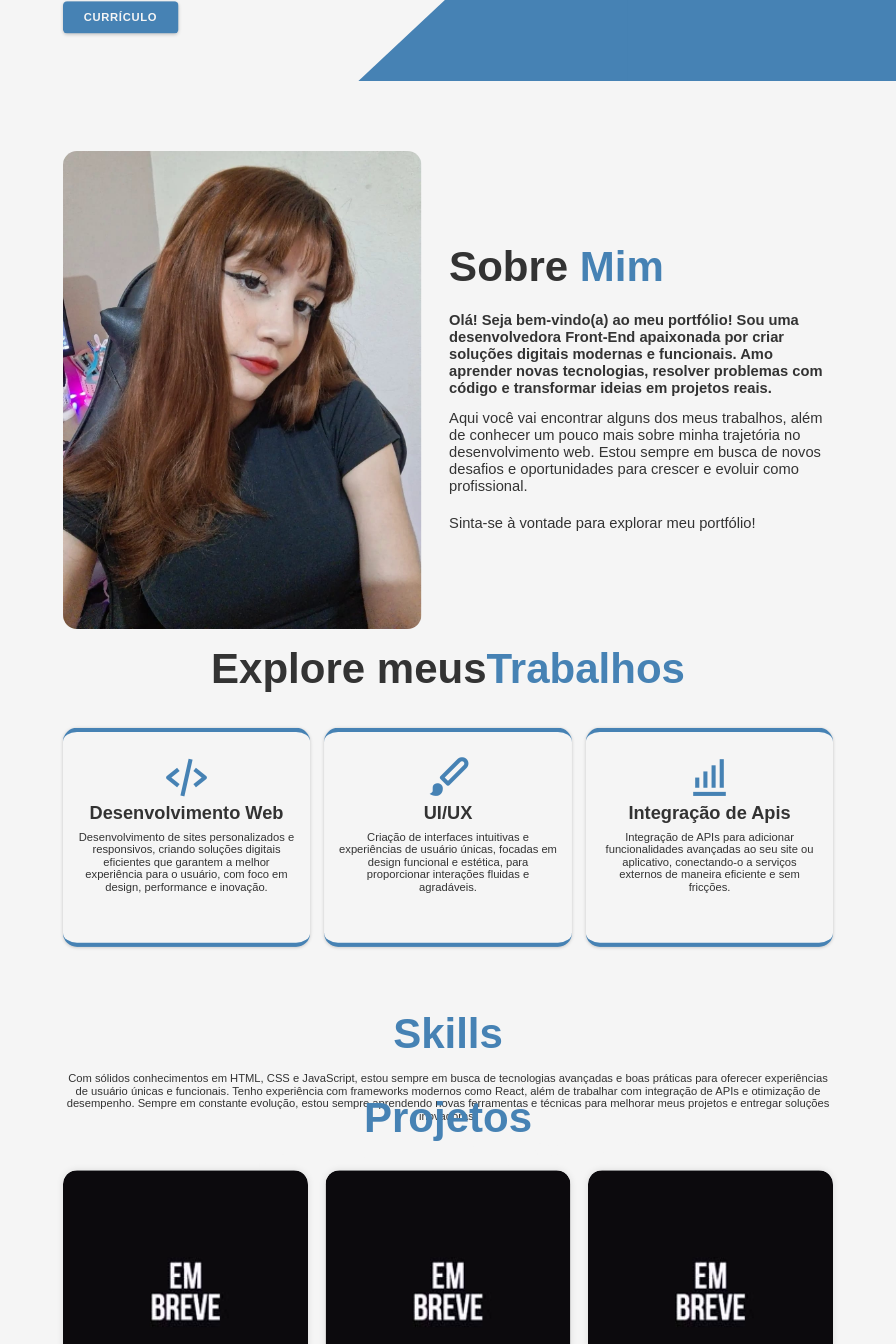
Repository: AliciaKathleen/portfolio-2025
Page: index.html
The author's editor kept a copy of each file at every save. The page is drawn from the files as they stood at one save, then again after the next save.
The browser window is 1280 px wide. The pictures show the part of the page from y = 604 to 2524 px (the page is 3900 px tall), at 70% of full size.

Above is the page before, as saved 2025-01-27 17:11:00.
Console error: TypeError: Cannot read properties of null (reading 'classList')

After the next save:
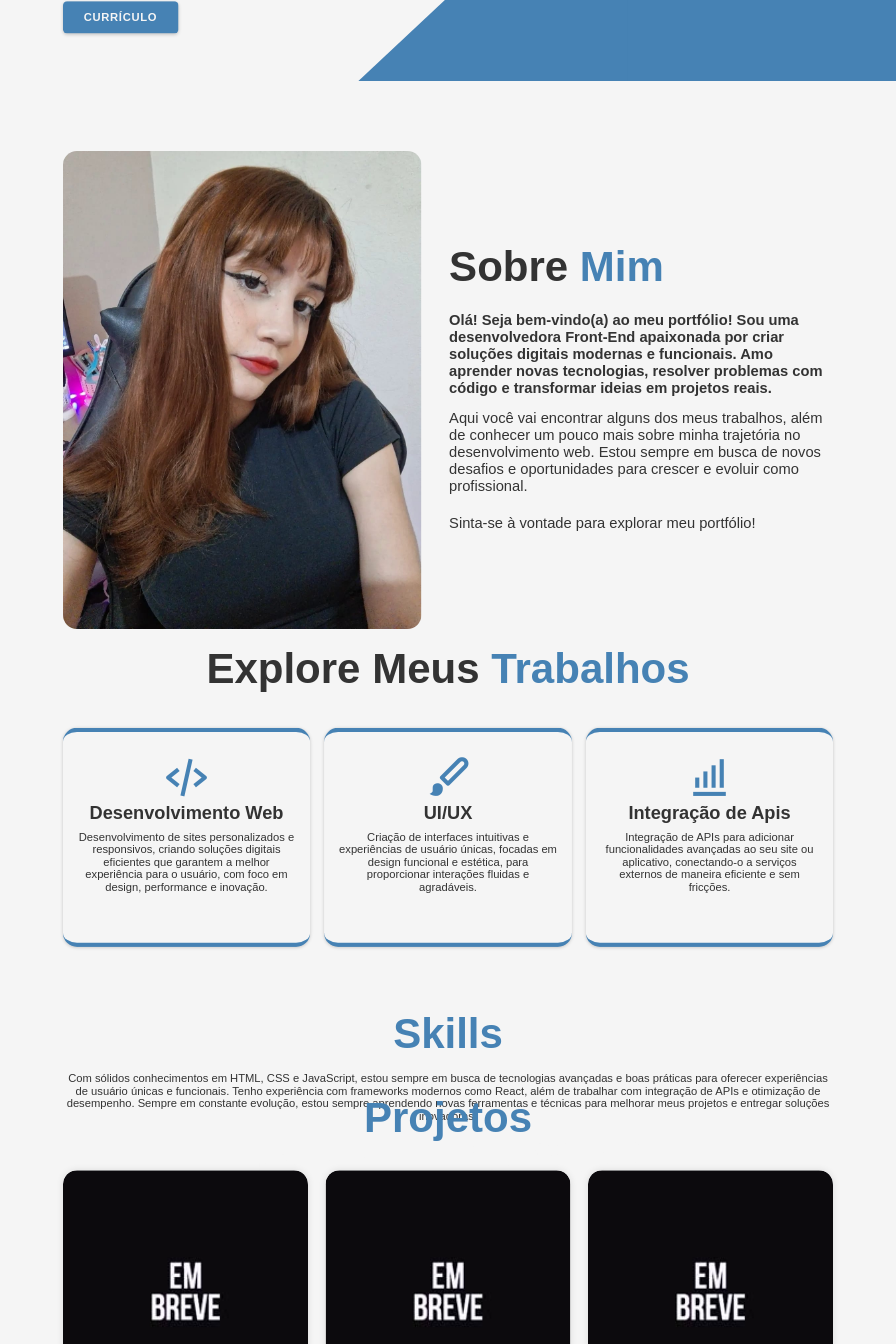
Saved 7 s later.
--- a/index.html
+++ b/index.html
@@ -71,7 +71,7 @@
     </section>
 
     <section class="services" id="services">
-        <h2 class="heading">Explore meus<span>Trabalhos</span></h2>
+        <h2 class="heading">Explore Meus <span>Trabalhos</span></h2>
 
         <div class="services-container">
             <div class="services-box">
